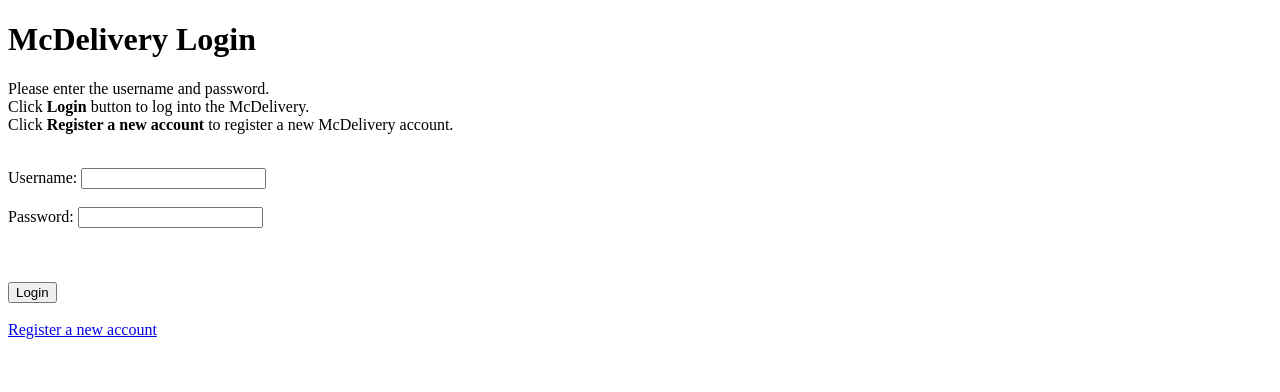
Repository: Jeck97/Mcdonald-Delivery-System
Page: http://localhost/McDelivery/login/loginForm.jsp
These files come from the project's save history. The page is drawn as it stood at one moment and after the next save; the edit follows.
The browser window is 1280 px wide. The pictures show the whole page.
The page is served by Tomcat 9. Other server files are loaded and not shown.

Above is the page before, as saved 2020-07-10 11:53:08.

### McDelivery/WebContent/login/loginForm.jsp
<%@ page language="java" contentType="text/html; charset=ISO-8859-1"
    pageEncoding="ISO-8859-1"%>
<!DOCTYPE html>
<html>
<head>
<meta charset="ISO-8859-1">
<title>Login Page</title>
</head>
<body>

	<h1>McDelivery Login</h1>

	<p>
		Please enter the username and password.<br>
		Click <b>Login</b> button to log into the McDelivery.<br>
		Click <b>Register a new account</b> to register a new McDelivery account.
	</P>

	<form action="loginServlet" method="post">

		<div style="color: #FF0000;">${errorMessage}</div><br>

		<label>Username:</label>
		<input type="text" name="username" value="${username}" required><br><br>

		<label>Password:</label>
		<input type="password" name="password" required><br><br>

		<br><br>
		<input type="submit" value="Login">

	</form>

	<br>

	<a href="../register/registerForm.jsp">Register a new account</a>

</body>
</html>

After the next save:
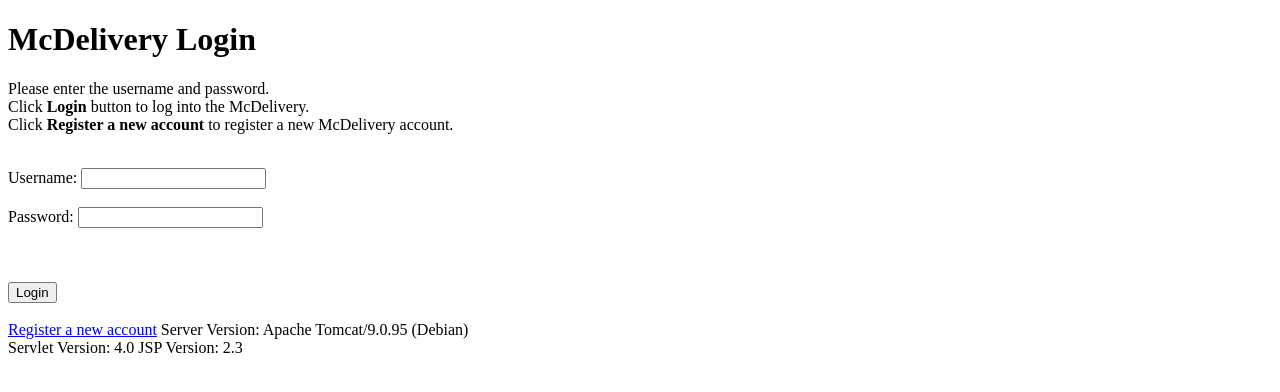
Saved 12 min 14 s later.
--- a/McDelivery/WebContent/login/loginForm.jsp
+++ b/McDelivery/WebContent/login/loginForm.jsp
@@ -35,5 +35,9 @@
 
 	<a href="../register/registerForm.jsp">Register a new account</a>
 
+	Server Version: <%= application.getServerInfo() %><br>
+Servlet Version: <%= application.getMajorVersion() %>.<%= application.getMinorVersion() %>
+JSP Version: <%= JspFactory.getDefaultFactory().getEngineInfo().getSpecificationVersion() %> <br>
+
 </body>
 </html>

After the save that followed:
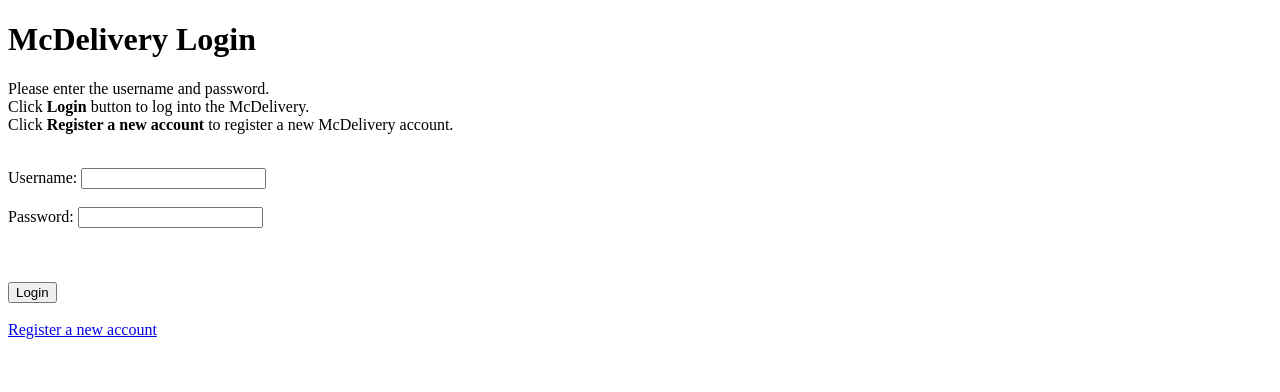
Saved 35 s later.
--- a/McDelivery/WebContent/login/loginForm.jsp
+++ b/McDelivery/WebContent/login/loginForm.jsp
@@ -35,9 +35,5 @@
 
 	<a href="../register/registerForm.jsp">Register a new account</a>
 
-	Server Version: <%= application.getServerInfo() %><br>
-Servlet Version: <%= application.getMajorVersion() %>.<%= application.getMinorVersion() %>
-JSP Version: <%= JspFactory.getDefaultFactory().getEngineInfo().getSpecificationVersion() %> <br>
-
 </body>
 </html>
